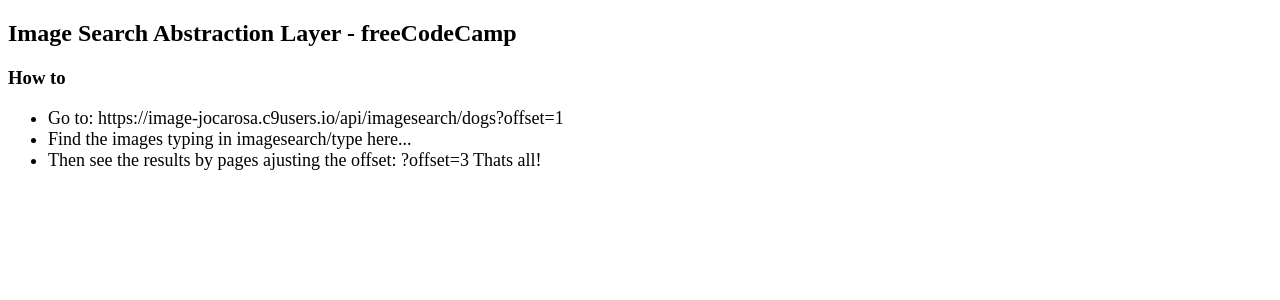
Repository: jocarosa/image_search
Page: public/index.html
The author's editor kept a record of every edit. The page is drawn from the files as they stood at one moment, then again after the next edit.
The browser window is 1280 px wide. The pictures show the whole page.

Above is the page before.

### public/index.html
<!DOCTYPE html>

<html>

	<head>
		<title>App Image Search Jocarosa</title>
		<link rel="stylesheet" type="text/css" href="css/style.css">
	</head>


	<body>
		<h2>Image Search Abstraction Layer - freeCodeCamp</h2>
			<h3>How to</h3>
			<ul>
				<li>Go to: https://image-jocarosa.c9users.io/api/imagesearch/dogs?offset=1</li>
				<li>Find the images typing in imagesearch/type here...</li>
				<li>Then see the results by pages ajusting the offset:  ?offset=3  Thats all!</li>
			</ul>
	</body>

</html>

### public/css/style.css
li{
    font-size: 18px;
}

After the next edit:
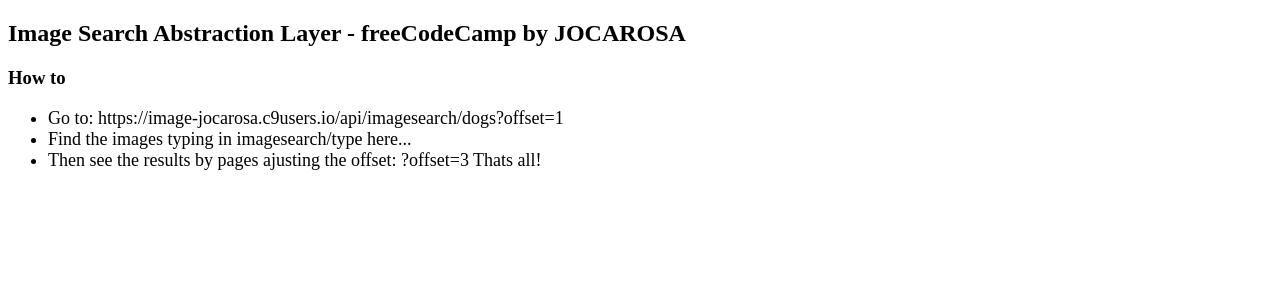
The edit:
--- a/public/index.html
+++ b/public/index.html
@@ -9,7 +9,7 @@
 
 
 	<body>
-		<h2>Image Search Abstraction Layer - freeCodeCamp</h2>
+		<h2>Image Search Abstraction Layer - freeCodeCamp by JOCAROSA</h2>
 			<h3>How to</h3>
 			<ul>
 				<li>Go to: https://image-jocarosa.c9users.io/api/imagesearch/dogs?offset=1</li>
